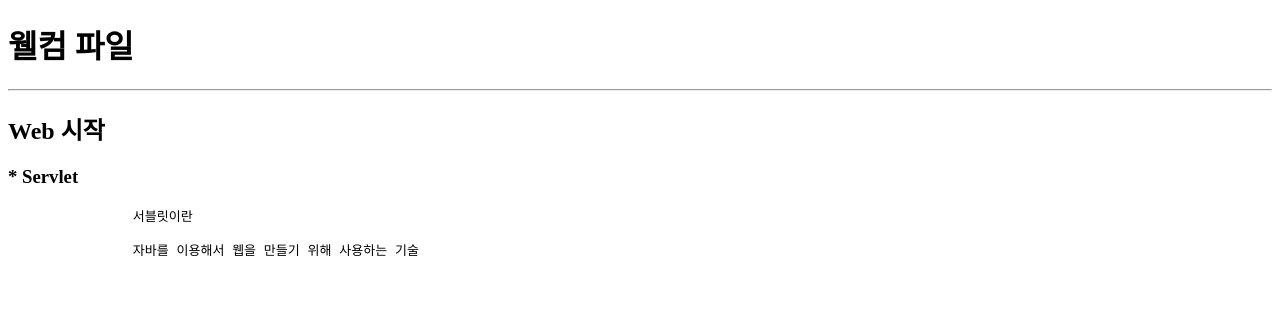
Repository: Simyoungdo04/dynamic-workspace
Page: FirstProject/src/main/webapp/index.html
An editor plug-in stored every save of this project. The page is shown before and after the next save, followed by the edit.
The browser window is 1280 px wide. The pictures show the whole page.

Above is the page before, as saved 2026-05-04 03:22:05.

After the next save:
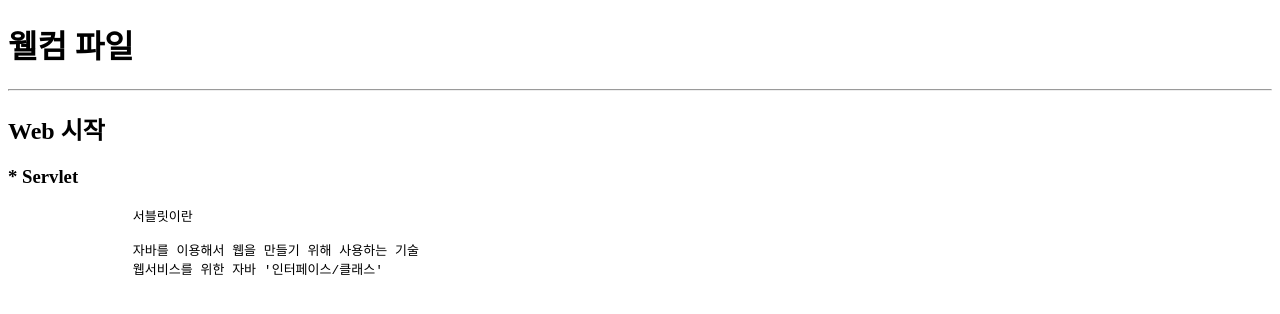
Saved 16 s later.
--- a/FirstProject/src/main/webapp/index.html
+++ b/FirstProject/src/main/webapp/index.html
@@ -66,6 +66,7 @@
 	 	서블릿이란
 
 	 	자바를 이용해서 웹을 만들기 위해 사용하는 기술
+	 	웹서비스를 위한 자바 '인터페이스/클래스'
 	 </pre>
 
 
